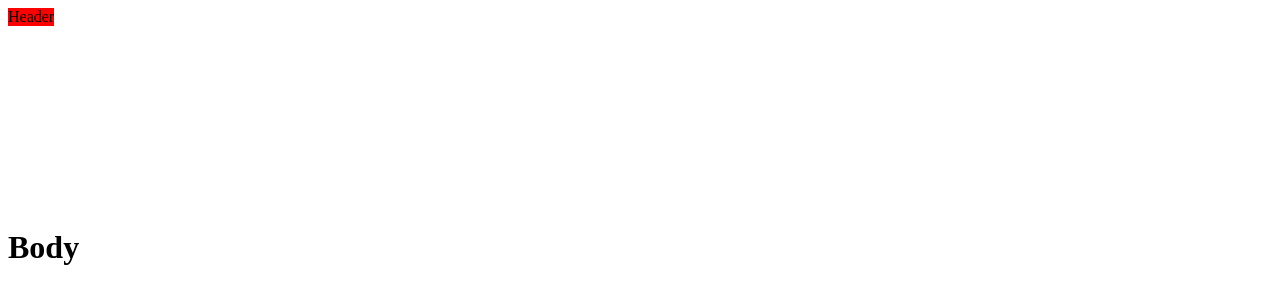
Repository: okuma0090/samurai_HTML-CSS
Page: index.html
The author's editor kept a record of every edit. The page is drawn from the files as they stood at one moment, then again after the next edit.
The browser window is 1280 px wide. The pictures show the whole page.

Above is the page before.

After the next edit:
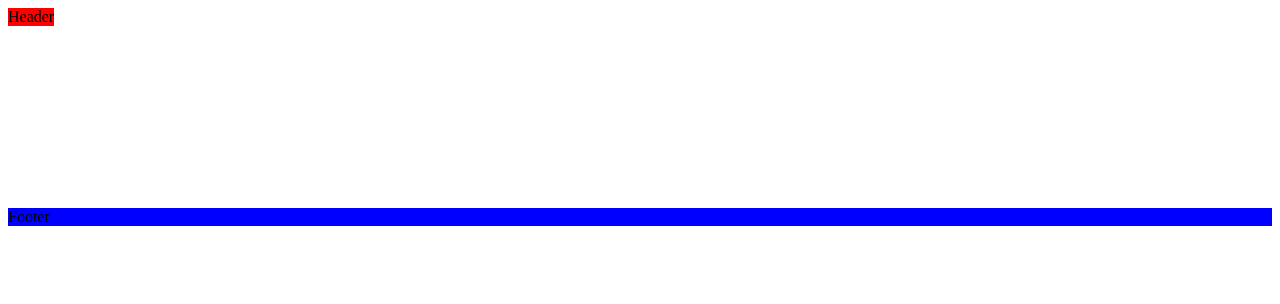
The edit:
--- a/index.html
+++ b/index.html
@@ -20,6 +20,8 @@
    <div class="size">
        Header
        </div>
-<h1 class="size">Body</h1>
+       <footer>
+           Footer
+       </footer>
 </body>
 </html>
